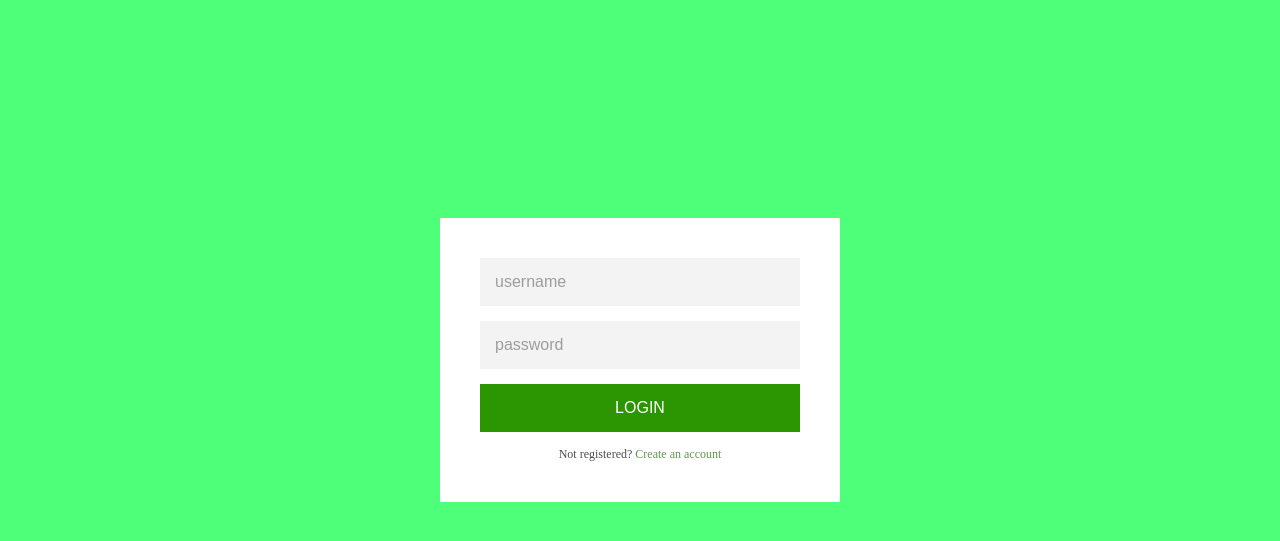
Repository: taka-sama/HTML-CSS-JS
Page: web00-lite/ex2/public_html/index.html
These files come from the project's save history. The page is drawn as it stood at one moment and after the next save; the edit follows.
The browser window is 1280 px wide. The pictures show the whole page.
The style sheet was rebuilt from its Sass, Less or Tailwind sources for each picture, by a compiler version that may differ from the author's.

Above is the page before, as saved 2022-01-04 18:33:43.

After the next save:
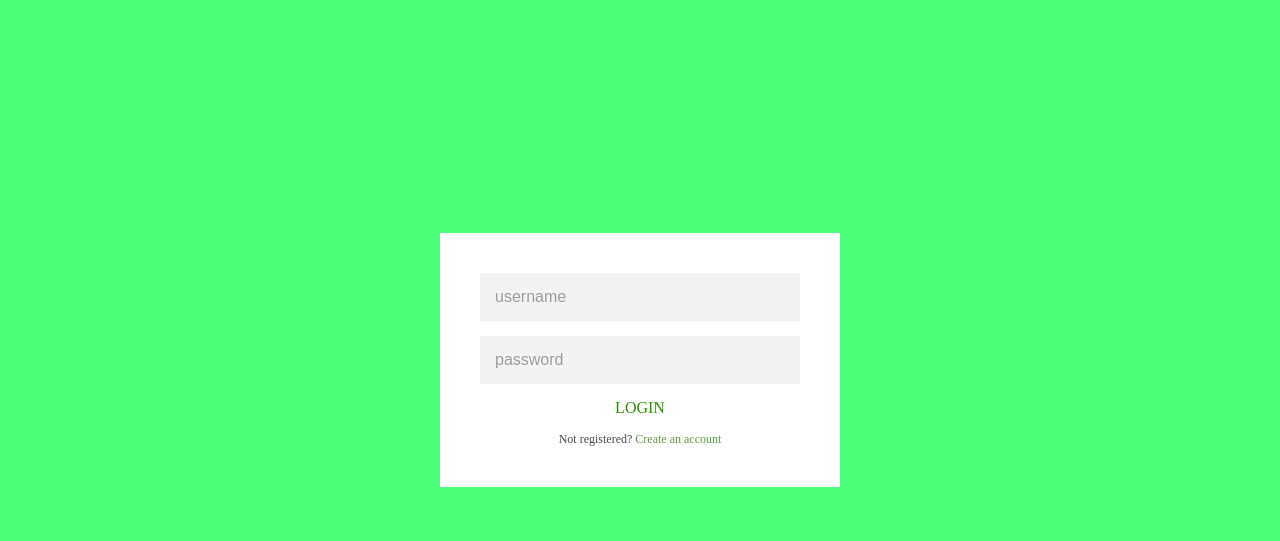
Saved 8 s later.
--- a/web00-lite/ex2/public_html/index.html
+++ b/web00-lite/ex2/public_html/index.html
@@ -22,7 +22,7 @@
           </form>
         </li>
         <li class="list-content">
-          <button href="#" class="content-button">LOGIN</button>
+          <a href="#" class="content-button">LOGIN</a>
         </li>
         <!-- <li class="list-content">
           <p>Not registered? <a href="#">Create an account</a></p>
